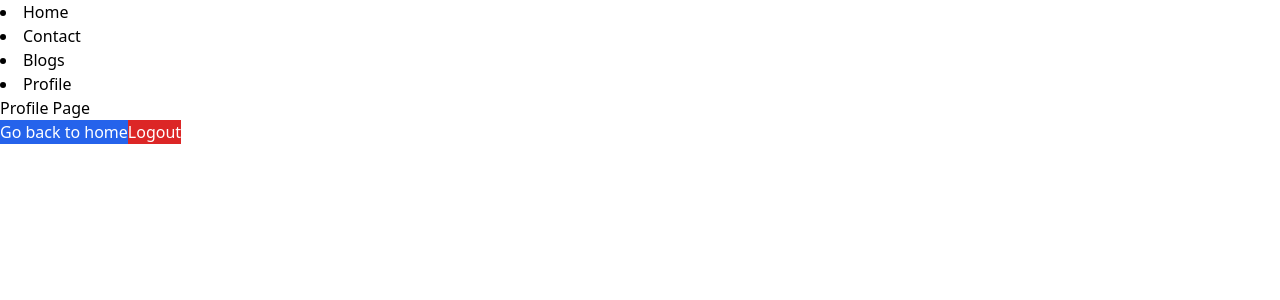
Repository: Marhamat92/reactrouterv6
Page: /profile
These files come from the project's save history. The page is drawn as it stood at one moment and after the next save; the edit follows.
The browser window is 1280 px wide. The pictures show the whole page.
The project was rebuilt for these pictures with package versions that can differ from the ones it lists, and the page was loaded fresh each time. Also part of the build but not shown: src/pages/HomePage/HomePage.js, src/pages/BlogPage/Post.js, src/pages/BlogPage/index.js, src/pages/BlogPage/ErrorPage.js, src/pages/GeneralErrorPage.js, src/components/PrivateRoute.js, src/pages/Auth/AuthLayout.js, src/pages/Auth/LoginPage.js and 1 more. Imported but missing from the stored project, and not drawn on this page: src/pages/BlogPage/Blog, src/pages/BlogPage/Categories, src/pages/ContactPage/ContactPage.

Above is the page before, as saved 2022-12-28 21:31:14.

After the next save:
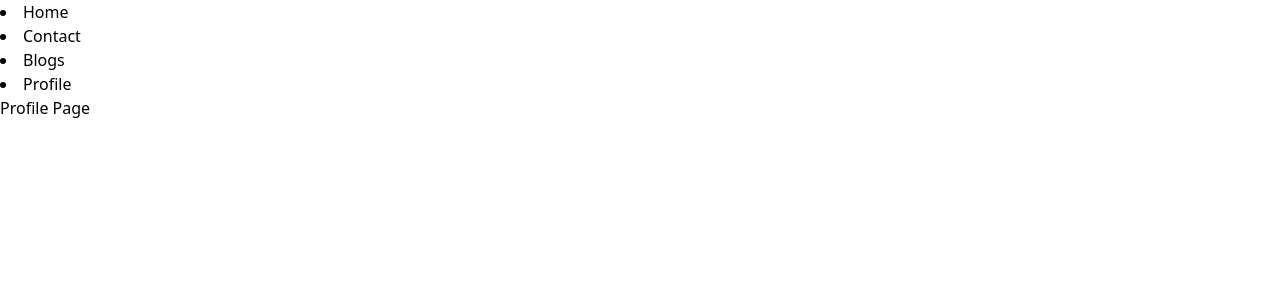
Saved 7 min 31 s later.
--- a/src/pages/Profile/ProfilePage.js
+++ b/src/pages/Profile/ProfilePage.js
@@ -7,7 +7,7 @@ import { useAuth } from '../../context/AuthContext'
 
 function ProfilePage() {
 
-  const { setUser } = useAuth();
+  const { setUser, user } = useAuth();
 
   const navigate = useNavigate();
 
@@ -23,12 +23,13 @@ function ProfilePage() {
   return (
     <div>
       <h1>Profile Page</h1>
-      <button className='bg-blue-600 text-white' onClick={handleGoBack}>
+      {user && <button className='bg-blue-600 text-white' onClick={handleGoBack}>
         Go back to home
-      </button>
-      <button className='bg-red-600 text-white' onClick={handleLogout}>
+      </button>}
+
+      {user && <button className='bg-red-600 text-white' onClick={handleLogout}>
         Logout
-      </button>
+      </button>}
     </div>
   )
 }
